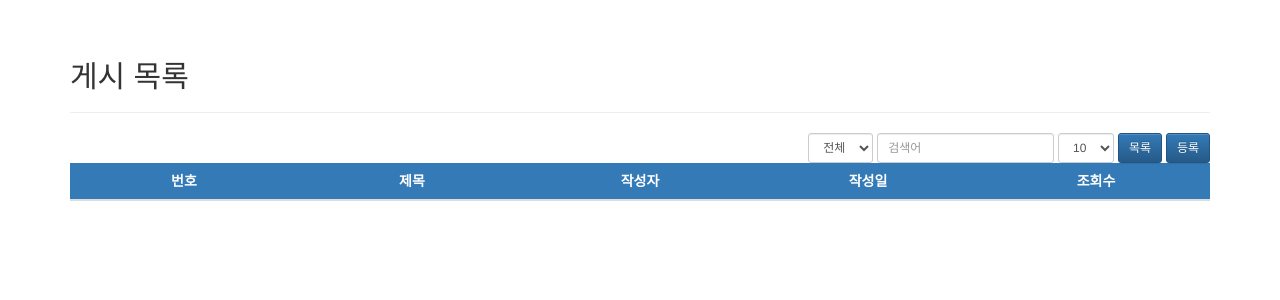
Repository: dongseon-git/WEB_JSP
Page: workspace/studyhtml5/WebContent/bootstrap/boot_list.html
These files come from the project's save history. The page is drawn as it stood at one moment and after the next save; the edit follows.
The browser window is 1280 px wide. The pictures show the whole page.

Above is the page before, as saved 2022-05-24 06:25:27.

After the next save:
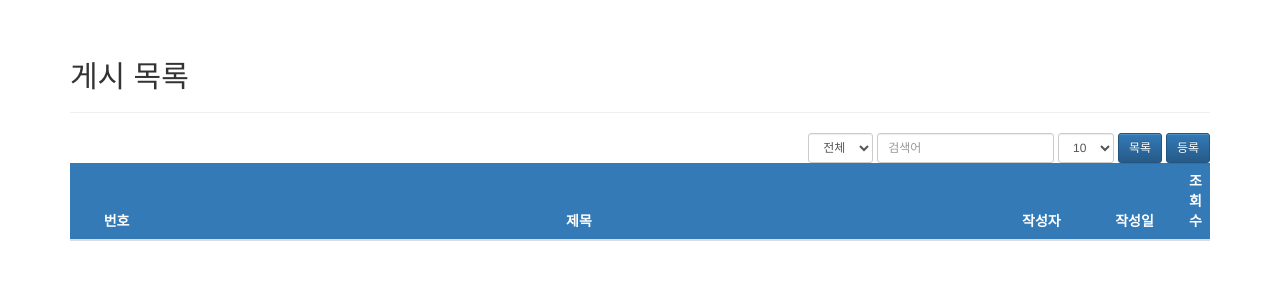
Saved 61 s later.
--- a/workspace/studyhtml5/WebContent/bootstrap/boot_list.html
+++ b/workspace/studyhtml5/WebContent/bootstrap/boot_list.html
@@ -58,11 +58,11 @@
     <div class="table-responsive">
     <table class="table table-striped">
     <thead class="bg-primary">
-    <th class=" text-center col-sm-2 col-md-2 col-lg-1">번호</th>
-    <th class=" text-center col-sm-2 col-md-2 col-lg-1">제목</th>
+    <th class=" text-center col-sm-1 col-md-1 col-lg-1">번호</th>
+    <th class=" text-center col-sm-6 col-md-6 col-lg-9">제목</th>
     <th class=" text-center col-sm-2 col-md-2 col-lg-1">작성자</th>
     <th class=" text-center col-sm-2 col-md-2 col-lg-1">작성일</th>
-    <th class=" text-center col-sm-2 col-md-2 col-lg-1">조회수</th>
+    <th class=" text-center col-sm-1 col-md-1 col-lg-1">조회수</th>
     </thead>
     </table>
     </div>
